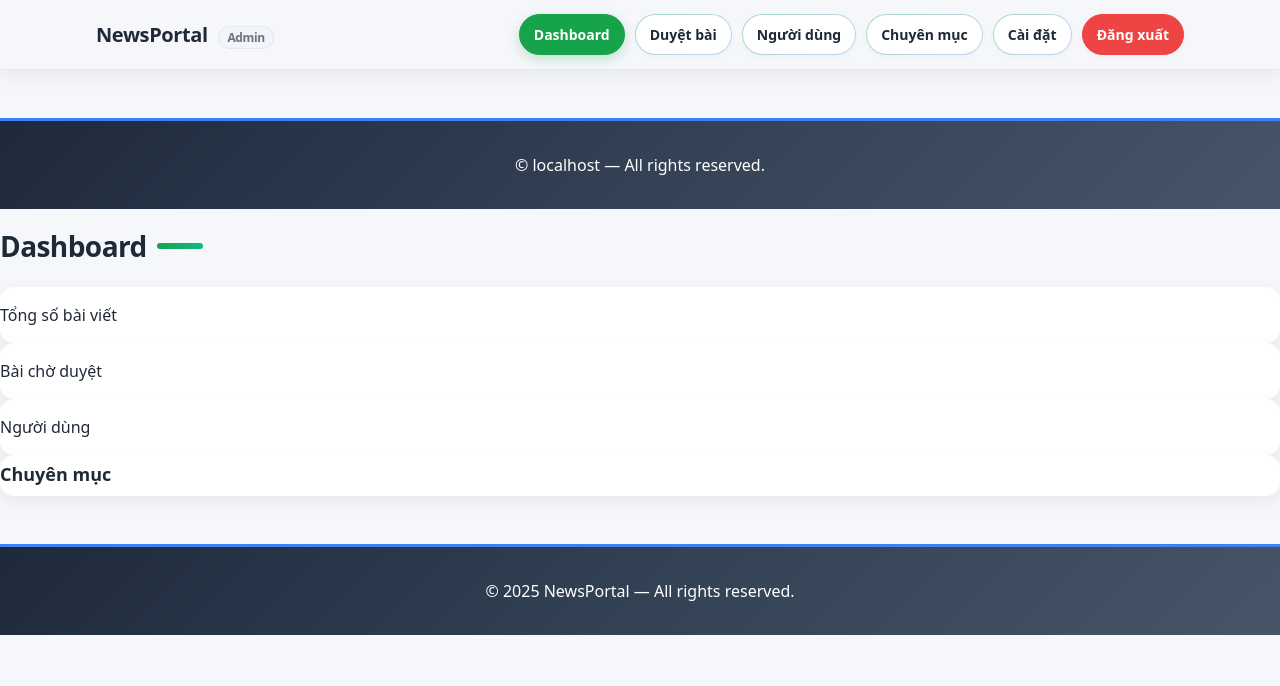
Repository: minhtvpy00202-git/Assignment_PY00202_MinhTV
Page: http://localhost/NewsPortal_PY00202/WEB-INF/views/admin/dashboard.jsp
An editor plug-in stored every save of this project. The page is shown before and after the next save, followed by the edit.
The browser window is 1280 px wide. The pictures show the whole page.
The page is served by Tomcat 10. Nobody is signed in. The template is opened directly, without the code that normally fills it, so the values that code supplies are empty.

Above is the page before, as saved 2025-10-09 11:49:26.

After the next save:
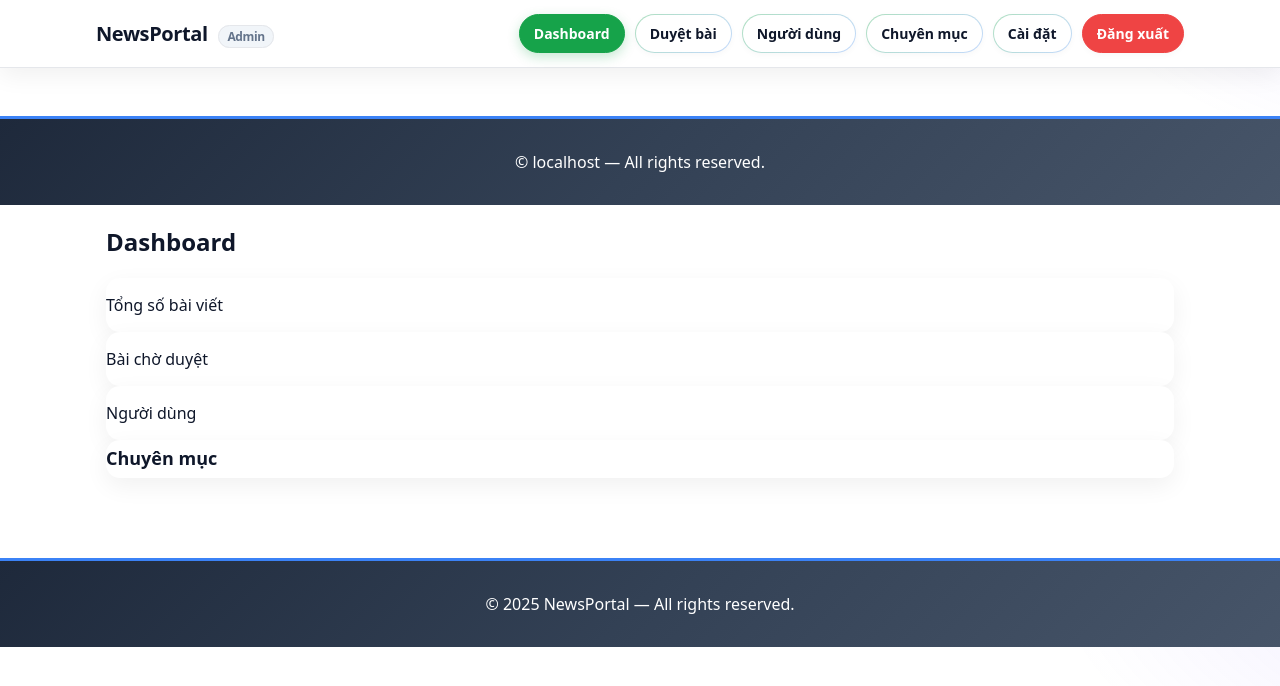
Saved 70 s later.
--- a/Assignment_NewsPortal/NewsPortal_PY00202/src/main/webapp/WEB-INF/views/admin/dashboard.jsp
+++ b/Assignment_NewsPortal/NewsPortal_PY00202/src/main/webapp/WEB-INF/views/admin/dashboard.jsp
@@ -1,8 +1,7 @@
 <%@ page contentType="text/html; charset=UTF-8" pageEncoding="UTF-8"%>
 <%@ include file="../layout/admin-header.jsp" %>
-<link rel="stylesheet" href="${pageContext.request.contextPath}/assets/css/admin-users.css">
 
-
+<main class="container admin-main">
 <h2>Dashboard</h2>
 
 <div class="grid-3 stats">
@@ -28,5 +27,5 @@
         </c:forEach>
     </ul>
 </section>
-
+</main>
 <%@ include file="../layout/footer.jsp" %>
